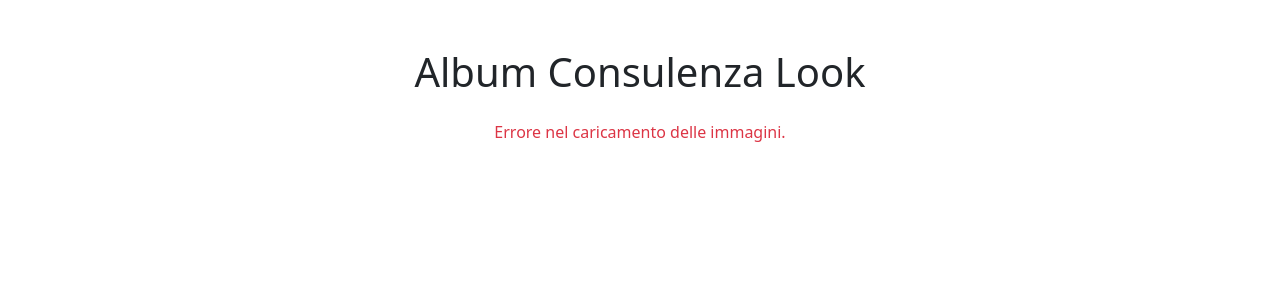
Repository: Probyte5D/Armocromia-website
Page: album.html
An editor plug-in stored every save of this project. The page is shown before and after the next save, followed by the edit.
The browser window is 1280 px wide. The pictures show the whole page.
The page's requests for data from a server got no answer.

Above is the page before, as saved 2025-04-18 21:30:01.

### album.html
<!DOCTYPE html>
<html lang="it">
<head>
  <meta charset="UTF-8">
  <meta name="viewport" content="width=device-width, initial-scale=1.0">
  <title>Album Consulenza Look</title>
  <link href="https://cdn.jsdelivr.net/npm/bootstrap@5.1.0/dist/css/bootstrap.min.css" rel="stylesheet">
</head>
<body>
  <div class="container py-5">
    <h1 class="text-center mb-4">Album Consulenza Look</h1>
    <div id="lookAlbum" class="row g-3">
      <!-- Le immagini saranno caricate qui dinamicamente -->
    </div>
  </div>
  <script src="https://cdn.jsdelivr.net/npm/bootstrap@5.1.0/dist/js/bootstrap.bundle.min.js"></script>
  <script src="album.js"></script>

</body>
</html>

### album.js

    const API_KEY = '1J5XZG6HEjef4TKrOiBtmHWoMJVdLRUIxplL9GJzFHBeI64zgRPny53m';
    const query = 'fashion look';  // Modifica la query per altre immagini

    // Carica le immagini
    fetch(`https://api.pexels.com/v1/search?query=${encodeURIComponent(query)}&per_page=9`, {
      headers: { Authorization: API_KEY }
    })
    .then(r => r.json())
    .then(data => {
      const row = document.getElementById('lookAlbum');
      if (data && data.photos) {
        data.photos.forEach(photo => {
          const col = document.createElement('div');
          col.className = 'col-6 col-md-4';
          col.innerHTML = `
            <img src="${photo.src.medium}" class="img-fluid rounded shadow-sm" alt="${photo.photographer}" title="Ph: ${photo.photographer}">
          `;
          row.appendChild(col);
        });
      } else {
        row.innerHTML = '<p class="text-danger text-center">Nessuna immagine trovata per questa ricerca.</p>';
      }
    })
    .catch(err => {
      console.error(err);
      const row = document.getElementById('lookAlbum');
      row.innerHTML = '<p class="text-danger text-center">Errore nel caricamento delle immagini.</p>';
    });

### album.css
  /* CSS personalizzato per migliorare l'aspetto dell'album */
  body {
    background-color: #f8f9fa;
    font-family: 'Arial', sans-serif;
  }

  .album-container {
    margin-top: 50px;
  }

  .album-title {
    font-size: 2rem;
    font-weight: bold;
    color: #333;
    margin-bottom: 30px;
    text-align: center;
  }

  .album-item {
    border-radius: 10px;
    overflow: hidden;
    position: relative;
    box-shadow: 0 4px 10px rgba(0, 0, 0, 0.1);
  }

  .album-item img {
    width: 100%;
    height: auto;
    transition: transform 0.3s ease-in-out;
  }

  .album-item:hover img {
    transform: scale(1.05);
  }

  .album-item .caption {
    position: absolute;
    bottom: 0;
    left: 0;
    right: 0;
    padding: 15px;
    background-color: rgba(0, 0, 0, 0.5);
    color: white;
    font-size: 1rem;
    text-align: center;
  }

  @media (max-width: 768px) {
    .album-item {
      margin-bottom: 20px;
    }
  }

After the next save:
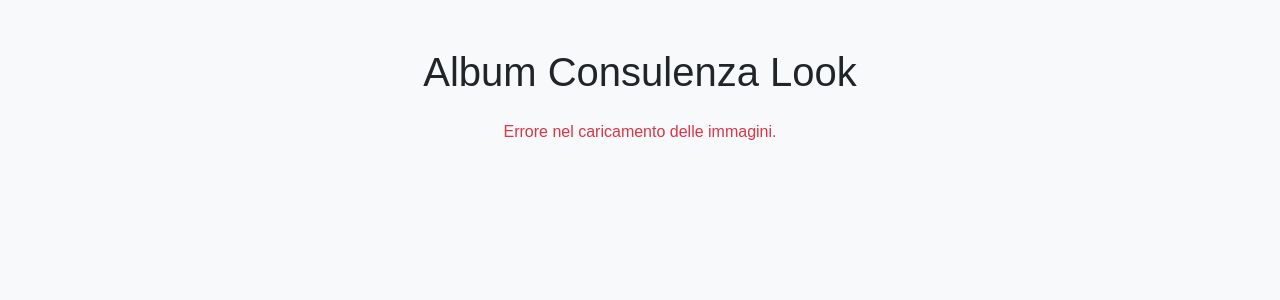
Saved 43 s later.
--- a/album.html
+++ b/album.html
@@ -5,6 +5,8 @@
   <meta name="viewport" content="width=device-width, initial-scale=1.0">
   <title>Album Consulenza Look</title>
   <link href="https://cdn.jsdelivr.net/npm/bootstrap@5.1.0/dist/css/bootstrap.min.css" rel="stylesheet">
+   <!-- CSS personalizzato -->
+   <link rel="stylesheet" href="album.css" />
 </head>
 <body>
   <div class="container py-5">
